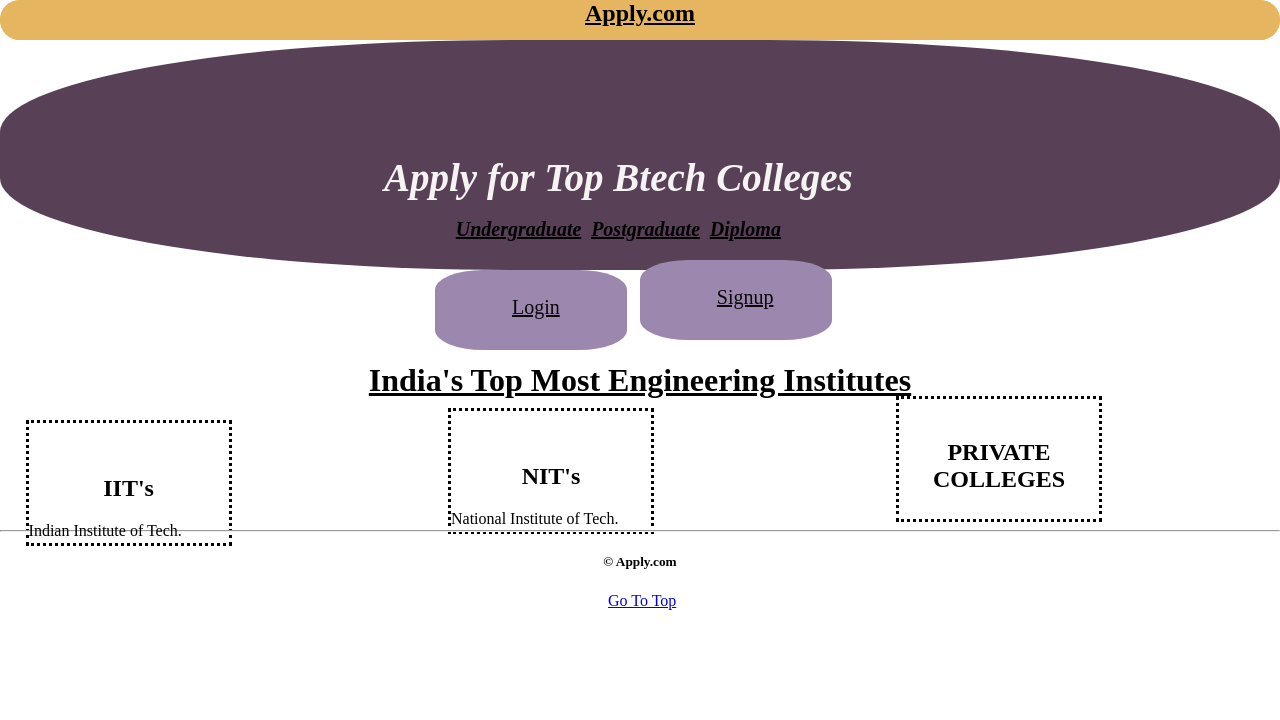
Repository: dashmeenkalra/dashmeen_kalra
Page: css/btech.html
These files come from the project's save history. The page is drawn as it stood at one moment and after a run of saves; the edit follows.
The browser window is 1280 px wide. The pictures show the whole page.

Above is the page before, as saved 2023-03-06 17:42:28.

### css/btech.html
<html>
    <head>
        <link href="btech.css" rel="stylesheet"/>
        <title>
            Welcome to apply.com
        </title>
    </head>
    <body>
        <header>
            <header id="header">
            <h2>Apply.com</h2>
        </header>
        <div id="app">
            <div class="wri">
                Apply for Top Btech Colleges</br>
                <a href="" class="id">Undergraduate</a>
                <a href="" class="id">Postgraduate</a>
                <a href="" class="id">Diploma</a>
            </div>
        </div>
        <div class="log">
            <a href="" class="id1"> Login</a>
        </div>
        <div class="log1">
            <a href="" class="id1">Signup</a>
        </div>
        <h1>India's Top Most Engineering Institutes</h1>
        <div id="type">
        <h2>IIT's</h2>Indian Institute of Tech.
        </div>
        <div id="type1">
            <h2>NIT's</h2>National Institute of Tech.
        </div>
        <div id="type2">
            <h2>PRIVATE COLLEGES</h2>
        </div>
        <hr/>

        <h5> &copy; Apply.com</h5>
        <a href="#header" id="at" >Go To Top</a>
    </body>
</html>

### css/btech.css
body{
    margin:0px;
}
header{
    background-color: rgb(229, 182, 95);
    height: 40px;
    border-radius:20px;
}
header > h2{
    text-align: center;
    text-decoration:underline;
}
#app{
    background-color: rgb(88, 64, 87);
    height:230px;
    width:100%;
    border-radius:40%;
}
.wri{
    text-align: center;
    margin-left: 30%;
    font-weight: bolder;
    font-style: oblique;
    font-size: 39px;
    margin-top: 9%;
    position: absolute;
    color: rgb(246, 243, 243);

}
.id{
    font-size: 20px;
    color: black;
}
.log{
    background-color: rgb(156, 136, 174);
    height:80px;
    width:15%;
    margin-left:34%;
    border-radius:25%;
}
.id1{
    font-size: 20px;
    color: rgb(9, 8, 8);
    margin-left:6%;
    margin-top:2%;
    position: absolute;
}
.log1{
    background-color: rgb(156, 136, 174);
    height:80px;
    width:15%;
    margin-left:50%;
    border-radius:25%;
    margin-top: -7.01%;
}
h1{
    text-align: center;
    text-decoration: underline;
}
#type{
    border: dotted;
    height:120px;
    width: 200px;
    margin-left:2%;
}
#type > h2{
  text-align: center;
  margin-top: 26%;
}
#type1{
    border: dotted;
    height:120px;
    width: 200px;
    margin-left:35%;
    margin-top:-10.8%;
}
#type1 > h2{
    text-align: center;
    margin-top: 26%;
}
#type2{
    border: dotted;
    height:120px;
    width: 200px;
    margin-left:70%;
    margin-top:-10.8%;
}
#type2 > h2{
    text-align: center;
    margin-top: 20%;
}
h5{
    text-align: center;
}
#at{
    text-align: center;
    margin-left: 47.5%;
}

After the next 4 saves:
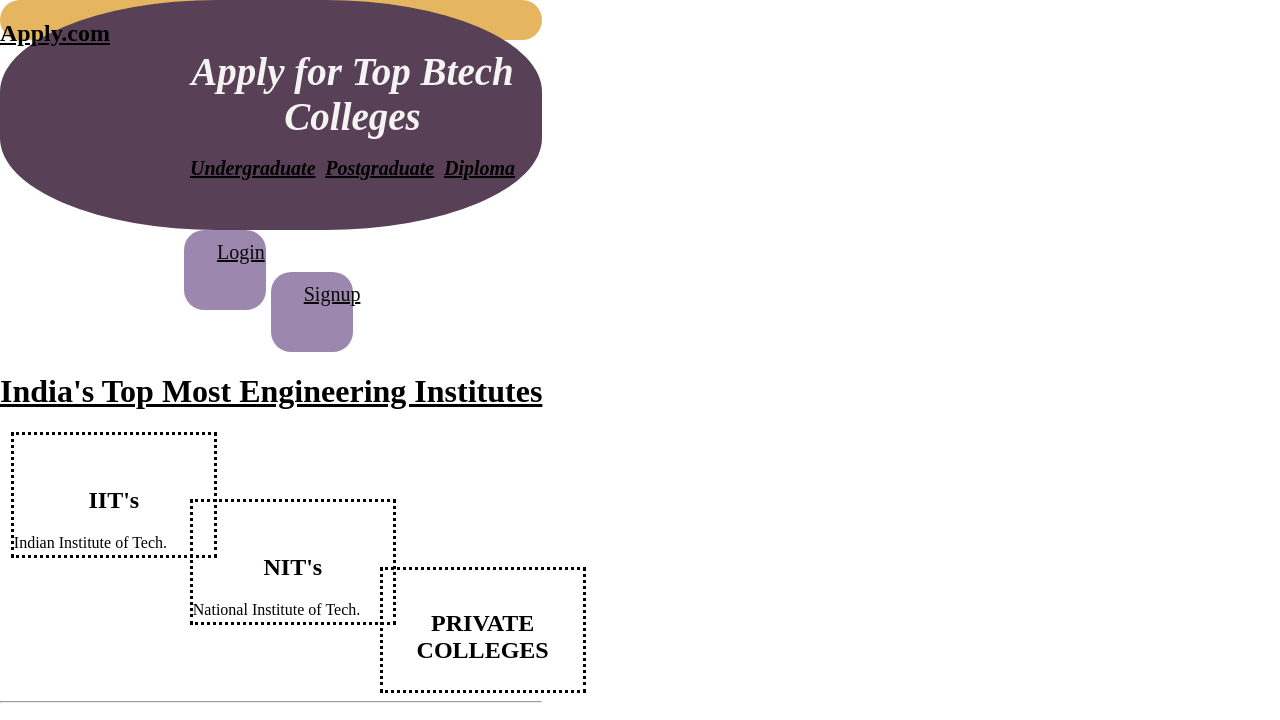
The 4 saves are shown as one change because they came seconds apart.
The last was saved 16 h 12 min later.
--- a/css/btech.css
+++ b/css/btech.css
@@ -5,10 +5,12 @@
     background-color: rgb(229, 182, 95);
     height: 40px;
     border-radius:20px;
+    position: fixed;
 }
 header > h2{
     text-align: center;
     text-decoration:underline;
+    position: fixed;
 }
 #app{
     background-color: rgb(88, 64, 87);

After the 3 saves that followed:
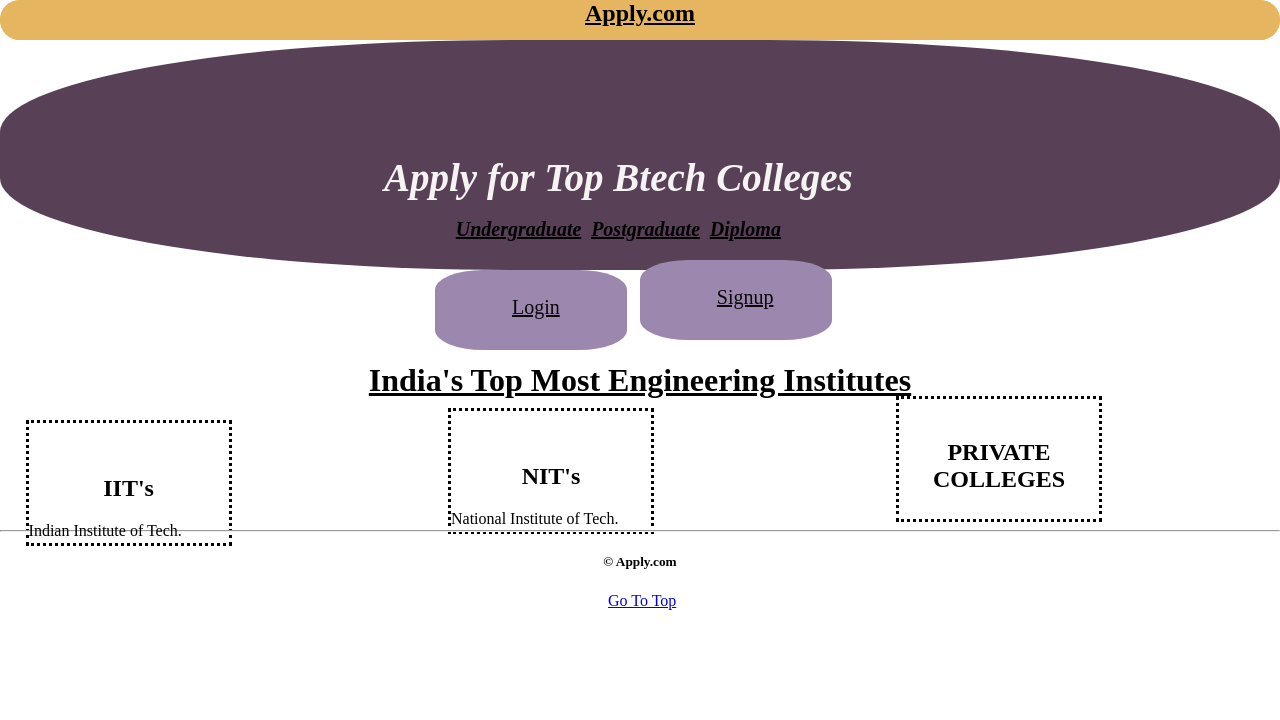
The 3 saves are shown as one change because they came seconds apart.
The last was saved 36 s later.
--- a/css/btech.css
+++ b/css/btech.css
@@ -5,12 +5,10 @@
     background-color: rgb(229, 182, 95);
     height: 40px;
     border-radius:20px;
-    position: fixed;
-}
+
 header > h2{
     text-align: center;
     text-decoration:underline;
-    position: fixed;
 }
 #app{
     background-color: rgb(88, 64, 87);
